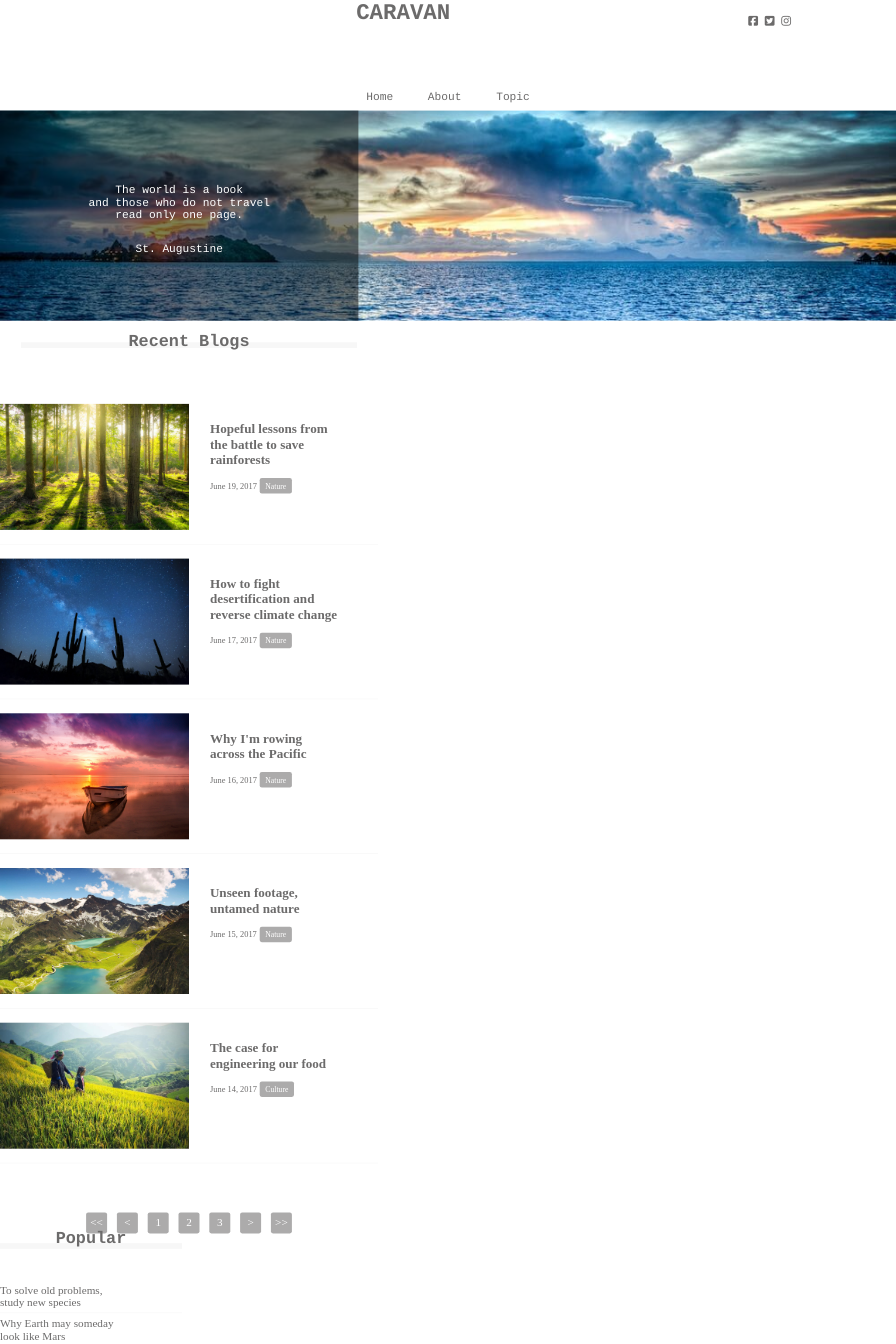
Repository: 220416/kadai1
Page: caravan/index.html
The author's editor kept a record of every edit. The page is drawn from the files as they stood at one moment, then again after the next edit.
The browser window is 1280 px wide. The pictures show the part of the page from y = 0 to 1920 px (the page is 4055 px tall before and 4009 px after), at 70% of full size.
Some web libraries are served in a nearby version.

Above is the page before.

### caravan/index.html
<!DOCTYPE html>
<html lang="ja">
  <head>
    <meta charset="UTF-8" />
    <meta name="viewport" content="width=device-width,initial-scale=1.0">
    <script src="https://kit.fontawesome.com/ec17237aec.js" crossorigin="anonymous"></script>
    <!-- CSSファイルの読み込み -->
    <link rel="stylesheet" href="style.css" />
    <title>CARAVAN</title>
  </head>
  <body>
    <header>
      <h1 class="heading">
        <a href="index.html">CARAVAN</a>
        </h1>
        <div class="social">
          <i class="fab fa-facebook-square"></i>
          <i class="fab fa-twitter-square"></i>
          <i class="fab fa-instagram"></i>
        </div>
    </header>

    <nav>
      <ul class="nav-list">
        <li class="nav-list-item">
          <a href="index.html">Home</a>
        </li>
        <li class="nav-list-item">About</li>
        <li class="nav-list-item">Topic</li>
      </ul>
    </nav>

    <div class="main-visual">
      <div class="main-visual-content">
        <p class ="main-visual-text">
          The world is a book<br />
          and those who do not travel <br />
          read only one page.</p>
        <p class="main-visual-name">St. Augustine</p>
      </div>
    </div>


    <main>
      <section class="blog">
        <h2 class="blog-heading">Recent Blogs</h2>

        <div class="blog-box">
          <div class="blog-item">
          <img class="blog-image" src="img/img/forest.jpg">
          <section class="blog-text">
            <h3 class="blog-text-headline">
              <a href="single.html">
                Hopeful lessons from<br>
                the battle to save<br>
                rainforests
              </a>
            </h3>
            <p class="blog-date">June 19, 2017</p>
            <span class="category">Nature</span>
          </section>
          </div>

          <div class="blog-item">
          <img class="blog-image" src="img/img/desert.jpg">
          <section class="blog-text">
            <h3 class="blog-text-headline">
              <a href="single.html">
                How to fight<br />
                desertification and<br />
                reverse climate change
              </a>
            </h3>
            <p class="blog-date">June 17, 2017</p>
            <span class="category">Nature</span>
          </section>
          </div>

          <div class="blog-item">
          <img class="blog-image" src="img/img/sunset.jpg">
          <section class="blog-text">
            <h3 class="blog-text-headline">
              <a href="single.html">
                 Why I'm rowing<br />
                across the Pacific
              </a>
            </h3>
            <p class="blog-date">June 16, 2017</p>
            <span class="category">Nature</span>
          </section>
          </div>

          <div class="blog-item">
          <img class="blog-image" src="img/img/italy.jpg">
          <section class="blog-text">
            <h3 class="blog-text-headline">
              <a href="single.html">
                Unseen footage,<br />
                untamed nature
              </a>
            </h3>
            <p class="blog-date">June 15, 2017</p>
            <span class="category">Nature</span>
          </section>
          </div>

          <div class="blog-item">
          <img class="blog-image" src="img/img/asia.jpg">
          <section class="blog-text">
            <h3 class="blog-text-headline">
              <a href="single.html">
                The case for<br />
                engineering our food
              </a>
            </h3>
            <p class="blog-date">June 14, 2017</p>
            <span class="category">Culture</span>
          </section>
          </div>
        </div>
        <div class="pagination">
          <p><<</p>
          <p><</p>
          <p>1</p>
          <p>2</p>
          <p>3</p>
          <p>></p>
          <p>>></p>
        </div>
      </section>


      <div class="sidebar">
        <section class="popular">
          <h2 class="sidebar-heading common-heading">Popular</h2>
          <div class="sidebar-contents">
            <p class="popular-text">To solve old problems,<br>study new species</p>
            <p class="popular-text">Why Earth may someday<br>look like Mars</p>
            <p class="popular-text">What will humans look<br>like in 100 years?</p>
            <p class="popular-text">How to grow a forest<br>in your backyard</p>
            <p class="popular-text">How humans could evolve<br>to survive in space</p>
          </div>
        </section>

        <section class="instagram">
          <h2 class="instagram-heading common-heading">Instagram</h2>
          <div class="sidebar-contents">
            <div class="instagram-box"></div>
            <div class="instagram-box"></div>
            <div class="instagram-box"></div>
            <div class="instagram-box"></div>
            <div class="instagram-box"></div>
            <div class="instagram-box"></div>
          </div>
        </section>

        <section class="categories">
          <h2 class="categories-heading common-heading">Categories</h2>
          <div class="sidebar-contents">
            <p class="categories-text">Technology(15)</p>
            <p class="categories-text">Business(23)</p>
            <p class="categories-text">Entertainment(12)</p>
            <p class="categories-text">Nature(32)</p>
            <p class="categories-text">Education(9)</p>
            <p class="categories-text">Adventure(23)</p>
            <p class="categories-text">Communication(14)</p>
          </div>
        </section>
      </div>

    </main>

    <footer>
      <p class="footer-text">© All rights reserved by Infratop.Inc.</p>
    </footer>
  </body>
</html>

### caravan/style.css
* {
  margin: 0;
  padding: 0;
  box-sizing: border-box;
  color: #6c6b6b;
}

a{
  text-decoration: none;
}

header, nav, h2, .main-visual, footer{
  font-family:  Chalkduster, "Bradley Hand", Courier, "Segoe Print", sans-serif;
}

header{
  width: 90%;
  height: 120px;
  text-align:center;
  position:relative;
}

.social{
  display: inline-block;
  margin-left:20px;
  position: absolute;
  top:22px;
  right:22px;
}

header heading{
  font-size:32px;
}

.nav-list{
  text-align:center;
  padding:10px 0;
  margin:0 auto;
}

.nav-list-item{
  list-style:none;
  display:inline-block;
  margin: 0 20px;
}
.main-visual{
  width: 100%;
  height: 300px;
  background-image:url(img//img/mv.jpg);
  background-size:cover;
  background-position:center;
}

.main-visual-content{
  width: 40%;
  height: 300px;
  background-color: rgba(0,0,0,0.5);
  text-align: center;
  padding-top:105px;
}

.main-visual-text{
  color:#fff;
}

.main-visual-name{
  margin-top: 30px;
  color:#fff;
}

.main{
  width: 800px;
  display:flex;
  justify-content:center;
  margin:0 auto;
  padding:70px 0;
}

.blog{
  width: 540px;
  margin-right: 30px;
  }


.blog-heading{
  border-bottom: 8px solid #f7f7f7;
  text-align:center;
  line-height:0.6px;
  margin:30px;
}

.blog-box{
  padding-top:50px;
}

.blog-item{
  padding-bottom: 20px;
  margin-bottom: 20px;
  border-bottom:1px solid #f7f7f7;
  display:flex;
  justify-content:flex-start;
}

.blog-image{
  height: 180px;
}

.blog-text{
  padding:25px 0 0 30px;
}

.blog-text-headline{
  padding-bottom: 15px;
}

.blog-date{
  font-size: 12px;
  display: inline-block;
}

.category{
  display:inline-block;
  padding: 5px 8px;
  background-color: #acabab;
  border-radius:3px;
  color: #fff;
  font-size:11px;
}

.pagination{
  text-align: center;
  padding-top: 50px;
}

.pagination p{
  display:inline-block;
  width: 30px;
  height: 30px;
  margin:0 5px;
  color:#fff;
  background-color:#acabab;
  border-radius:3px;
  line-height:30px;
}

.sidebar{
  width: 260px;
  display:inline-block;
}


.common-heading{
  border-bottom:8px solid #f7f7f7;
  text-align: center;
  line-height:0.6;
}

.sidebar-contents{
  padding: 50px 0;
}

.popular-text,
.categories-text{
  padding-bottom: 5px;
  border-bottom: 1px solid #f7f7f7;
  margin-bottom:6px;
}

.popular-text:last-child,
.categories-text:last-child{
  margin: 0;
  padding: 0;
  border:none;
}

.instagram .sidebar-contents{
  display:flex;
  flex-wrap:wrap;
}

.instagram-box{
  width: 110px;
  padding: 110px;
  background-size: cover;
  background-position:center;
  margin-bottom: 10px;
}

.instagram-box:nth-child(odd)  {
  margin: 0 10px 10px 0;
}

.instagram-box:nth-child(1){
  background-image:url(img/img/airport.jpg);
}

.instagram-box:nth-child(2){
  background-image:url(img/img/japan.jpg);
}

.instagram-box:nth-child(3){
  background-image:url(img/img/snow.jpg);
}

.instagram-box:nth-child(4){
  background-image:url(img/img/japan2.jpg);
}

.instagram-box:nth-child(5){
  background-image:url(img/img/lake.jpg);
}

.instagram-box:nth-child(6){
  background-image:url(img/img/road.jpg);
}

footer{
  width: 100%;
  height: 120px;
  text-align: center;
  line-height: 120px;
  background-color: #848282;
}

.footer-text{
  color:#fff;
}

After the next edit:
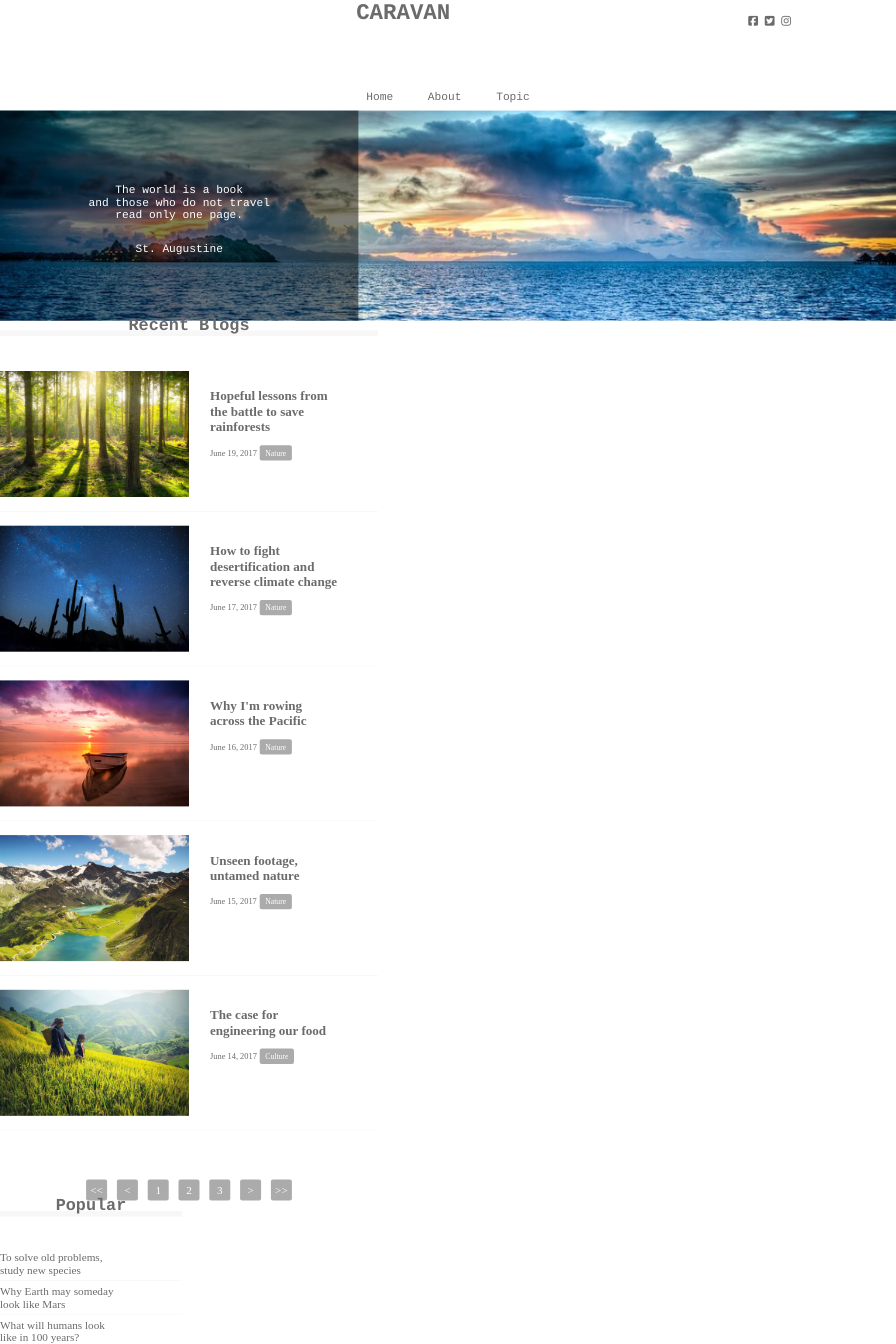
The edit:
--- a/caravan/style.css
+++ b/caravan/style.css
@@ -85,8 +85,7 @@
 .blog-heading{
   border-bottom: 8px solid #f7f7f7;
   text-align:center;
-  line-height:0.6px;
-  margin:30px;
+  line-height:0.6;
 }
 
 .blog-box{
